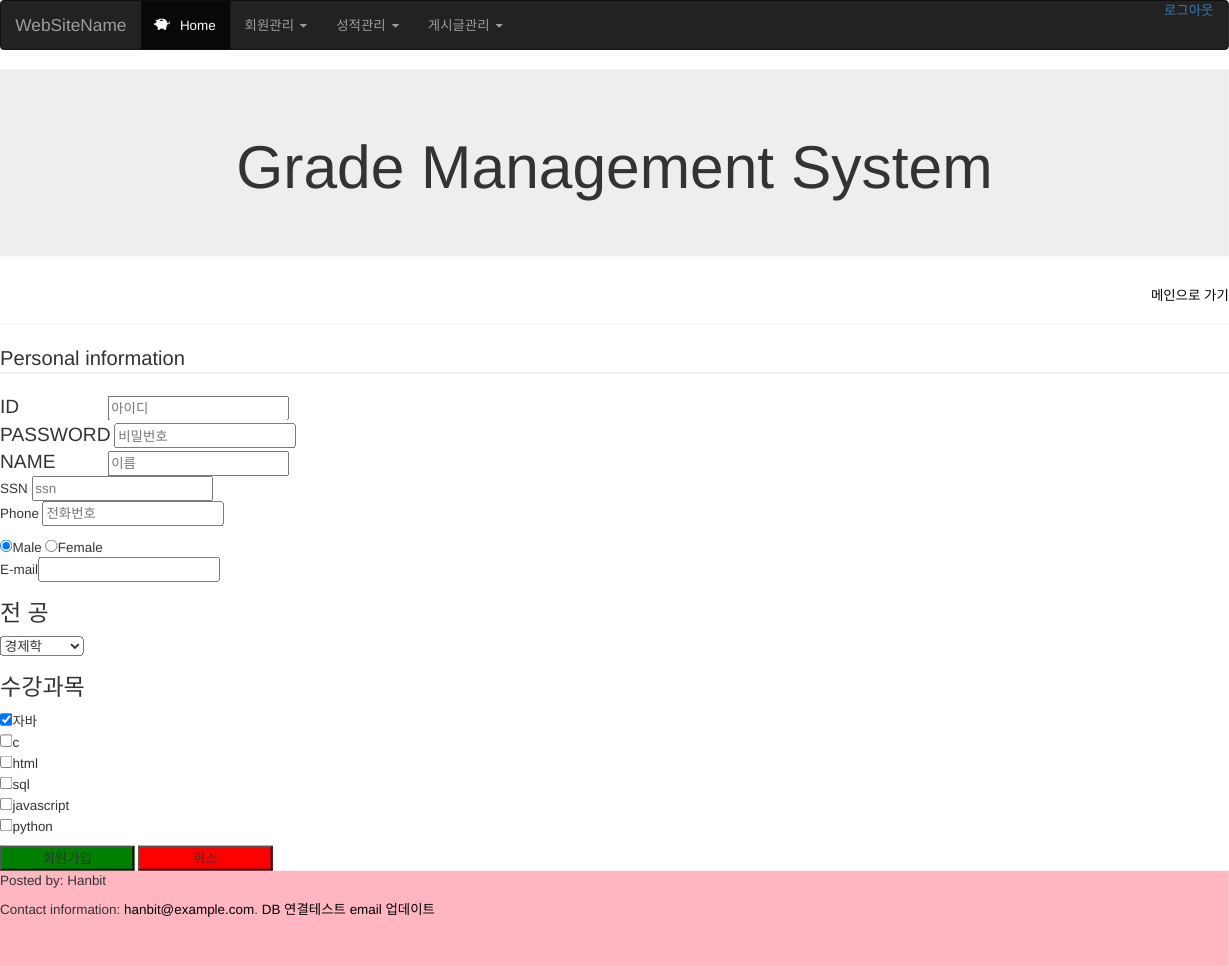
Repository: jeonghyunseok/GMSUI
Page: http://localhost/GMS2/WEB-INF/view/member/member_add.jsp
An editor plug-in stored every save of this project. The page is shown before and after the next save, followed by the edit.
The browser window is 1280 px wide. The pictures show the whole page, at 96% of full size.
Some web libraries are served in a nearby version. The page is served by Tomcat 9. Nobody is signed in. The template is opened directly, without the code that normally fills it, so the values that code supplies are empty.

Above is the page before, as saved 2017-08-16 00:33:29.

After the next save:
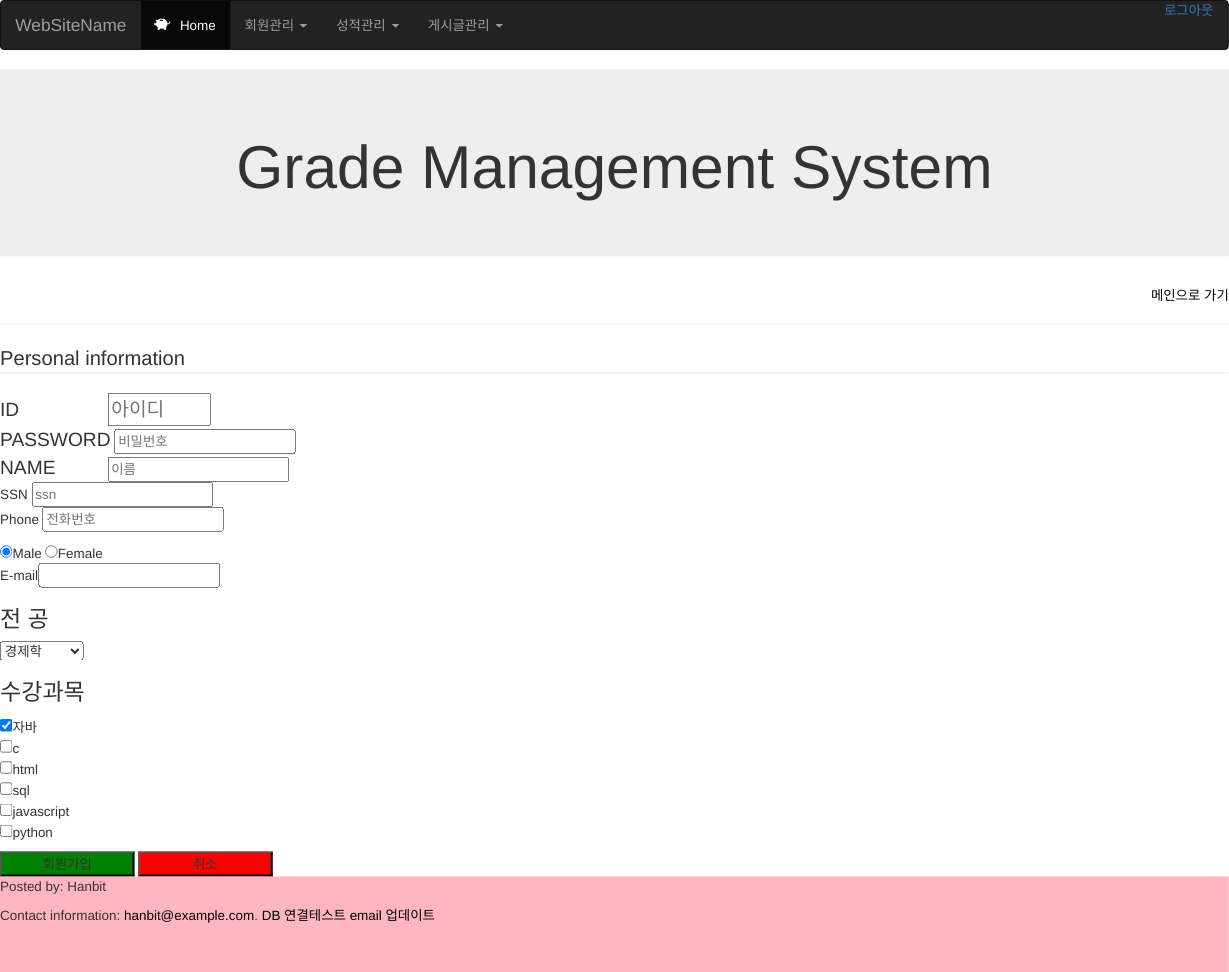
Saved 2 min 4 s later.
--- a/GMS2/WebContent/WEB-INF/view/member/member_add.jsp
+++ b/GMS2/WebContent/WEB-INF/view/member/member_add.jsp
@@ -7,7 +7,7 @@
 				<fieldset>
 					<legend>Personal information</legend>
 					<span id="join_id">ID</span>
-					<input name="id" type="text" placeholder="아이디" /><br />
+					<input name="id" id="join_id" type="text" placeholder="아이디" /><br />
 
 					<span id="join_pass">PASSWORD</span>
 					<input name="password" type="password" placeholder="비밀번호" /><br />
